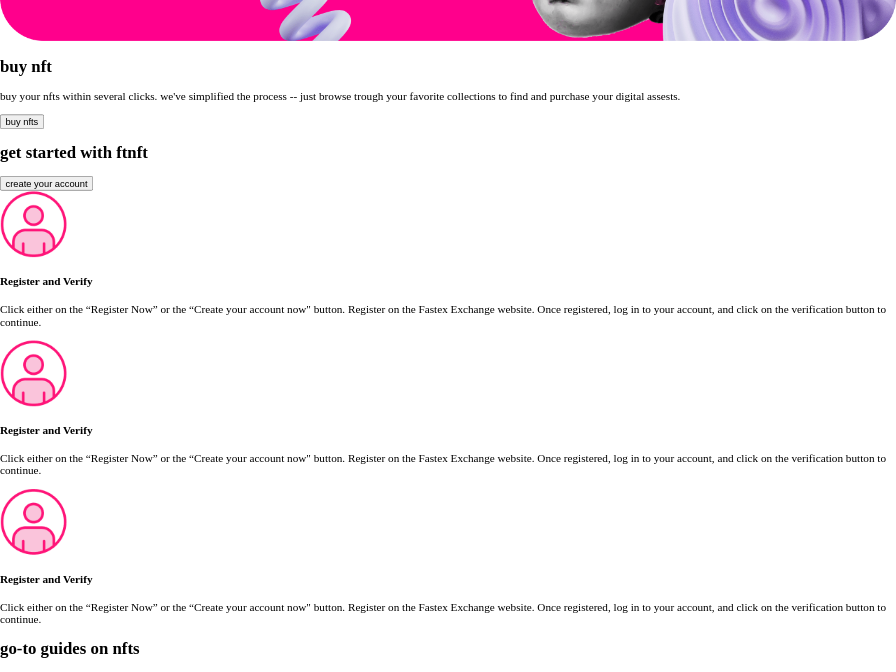
Repository: DxMAlbertGasparyan/_Project
Page: index.html
The author's editor kept a copy of each file at every save. The page is drawn from the files as they stood at one save, then again after the next save.
The browser window is 1280 px wide. The pictures show the part of the page from y = 4419 to 6339 px (the page is 5379 px tall before and 6339 px after), at 70% of full size.

Above is the page before, as saved 2023-12-05 17:02:18.

### index.html
<!DOCTYPE html>
<html lang="en">
<head>
    <meta charset="UTF-8">
    <meta name="viewport" content="width=device-width, initial-scale=1.0">
    <link rel="stylesheet" href="./css/index.css">
    <title>All-In-One NFT Platform | Buy and Sell NFTs with ftNFT</title>
    <link rel="icon" type="img/png" href="./images/favicon.png">
</head>
<body>
    <div id="root">
        <!-- Header Starts -->
        <header>
            <div class="hContent">
                <div class="logo_nav">
                    <div class="logos">
                        <div class="apps_logo">
                            <span><ion-icon name="apps"></ion-icon></span>
                        </div>
                        <div class="sitelogo">
                            <img src="./images/logo.png" alt="">
                        </div>
                    </div>
                    <nav>
                        <ul>
                            <li>
                                <a href="#">marketplace <span class="down_arrow"><ion-icon name="caret-down"></ion-icon></span></a>
                            </li>
                            <li>
                                <a href="#">rankings</a>
                            </li>
                            <li>
                                <a href="#">become an <span class="nft_uppercase">nft</span> artist</a>
                            </li>
                            <li>
                                <a href="#">phygital <span class="nft_uppercase">nft</span> stores</a>
                            </li>
                            <li>
                                <a href="#">event booking</a>
                            </li>
                            <li>
                                <a href="#">resources <span class="down_arrow"><ion-icon name="caret-down"></ion-icon></span></a>
                            </li>
                        </ul>
                    </nav>
                </div>
                <div class="button_lang">
                    <div class="button_header"><button>connect to fastex exchange</button></div>
                    <div class="bag_icon"><span><ion-icon name="bag-handle-outline"></ion-icon></span></div>
                    <div class="languages"><a href="#">en <span class="down_arrow"><ion-icon name="caret-down"></ion-icon></span></a></div>
                </div>
            </div>
            <section class="header_item">
                <div class="text_content">
                    <h1>single platfrm to explore, buy and sell <span>NFTs</span></h1>
                    <p>an <span>NFTs</span> platform to trade, collect and transform art int gitital collectibles</p>
                    <div class="text_content_btn">
                        <button class="get-started btn">get started</button>
                        <button class="explore btn">explore</button>
                    </div>
                </div>
                <div class="slider">
                    <!-- blokin width height tal petqa te che? -->
                    SLIDER
                </div>
            </section>
        </header>
        <!-- Header ends -->
        <main>
            <section class="featured_collections">
                <h3>featured collections</h3>
                <div class="items_container">
                    <div class="item">
                        <img src="./images/x39ziHUqPbngSsMldAuyOo2CUYyfhxfirgHPHXK6.webp" alt="">
                        <div class="bordered_img">
                            <img src="./images/XlDaUsynpYf66BdMb3ev9yMQ0K4AoFQKDEj72lPN.webp" alt="">
                        </div>
                    </div>
                    <div class="item">
                        <img src="./images/1OINFBEksdTTP2WOCxdsiH65SR6zLDRCy3l1pVCH.webp" alt="">
                        <div class="bordered_img">
                            <img src="./images/Khw1SX4aijpkKpJq6pyQdwxzbMqiKDIYFriJEjY9.webp" alt="">
                        </div>
                    </div>
                    <div class="item">
                        <img src="./images/jAssMBfnu18ZqhfcIRsWDcDnIUbWYPRC6JxWeOYK.webp" alt="">
                        <div class="bordered_img">
                            <img src="./images/YG6GxTtTyqsHGjpqxkulDXAgAo97iGnmz4vHQxB6.webp" alt="">
                        </div>
                    </div>
                    <div class="item">
                        <img src="./images/5IBWyQzvhMhcyvuoFQArEbbk9HRs8FteQvPqrZlK.webp" alt="">
                        <div class="bordered_img">
                            <img src="./images/ll85efr51x3t7qEDcm3YrC8yReTBPGANtHvOdEB0.webp" alt="">
                        </div>
                    </div>
                    <div class="item">
                        <img src="./images/xBleISHZEUuudcMQtiIklxfMie2yMKicgdQY7JiG.webp" alt="">
                        <div class="bordered_img">
                            <img src="./images/HMWWAcKkuUVxYrU7M7Pwl7iWGIJghy9wgCYrS4Eb.webp" alt="">
                        </div>
                    </div>
                </div>
            </section>
            <section class="nft_artist">
                <img src="./images/r54-nft-artist-min.png" style="width: 100%;" alt="">
                <div class="nft_artist_items">
                    <h2>become an <span>nft</span> artist</h2>
                    <p>
                        <span>We’ve got all the tools to get you started with your own NFT collection. Whether a newbie or an experienced user, you can import your NFTs and list them on our platform.</span>
                    </p>
                    <div class="artist_button">
                        <button class="artist_btn">learn more</button>
                    </div>
                </div>
            </section>
            <section class="experiience">
                <div class="experience_heading">
                    <h2>experience different features with ft<span>nft</span></h2>
                </div>
                <div class="flex_container">
                    <div class="flexet_blocks">
                        <img src="./images/70-ftnft-drops-min.png" alt="">
                        <h4>ft<span>nft</span> drops</h4>
                        <p>participate in blockchain-based RNG-regulated <span>nft</span> drops and win pizes.</p>
                    </div>
                    <div class="flexet_blocks">
                        <img src="./images/70-ftnft-drops-min.png" alt="">
                        <h4>ft<span>nft</span> drops</h4>
                        <p>participate in blockchain-based RNG-regulated <span>nft</span> drops and win pizes.</p>
                    </div>
                    <div class="flexet_blocks">
                        <img src="./images/70-ftnft-drops-min.png" alt="">
                        <h4>ft<span>nft</span> drops</h4>
                        <p>participate in blockchain-based RNG-regulated <span>nft</span> drops and win pizes.</p>
                    </div>
                </div>
            </section>
            <section class="buy_nft">
                <div class="background-container">
                    <img src="./images/002880112466-buy-nft-min-4.png" style="width: 100%;" alt="">
                </div>
                <div class="buy_nft_content">
                    <h2>buy <span>nft</span></h2>
                    <p>buy your <span>nft</span>s within several clicks. we've simplified the process -- just browse trough your favorite collections to find and purchase your digital assests.</p>
                    <button class="buy_nft_button">buy <span>nft</span>s</button>
                </div>
            </section>
            <section class="get_started_nft">
                <div class="top_parent">
                    <div class="get_started_nft_child">
                        <h2>get started with ft<span>nft</span></h2>
                        <button class="get_started_nft_btn">create your account</button>
                    </div>
                    <div class="second_child">
                        <div class="second_child_items">
                            <img src="./images/89-user-1677762964267.png" alt="">
                            <h4>Register and Verify</h4>
                            <p>Click either on the “Register Now” or the “Create your account now" button. Register on the Fastex Exchange website. Once registered, log in to your account, and click on the verification button to continue.</p>
                        </div>
                        <div class="second_child_items">
                            <img src="./images/89-user-1677762964267.png" alt="">
                            <h4>Register and Verify</h4>
                            <p>Click either on the “Register Now” or the “Create your account now" button. Register on the Fastex Exchange website. Once registered, log in to your account, and click on the verification button to continue.</p>
                        </div>
                        <div class="second_child_items">
                            <img src="./images/89-user-1677762964267.png" alt="">
                            <h4>Register and Verify</h4>
                            <p>Click either on the “Register Now” or the “Create your account now" button. Register on the Fastex Exchange website. Once registered, log in to your account, and click on the verification button to continue.</p>
                        </div>
                    </div>
                </div>
            </section>
            <section class="go_to_guides">
                <div class="guide_heading">
                    <h2>go-to guides on <span>nft</span>s</h2>
                </div>
                <div class="guide_items">
                    <div class="item_images"></div>
                    <div class="item_images"></div>
                    <div class="item_images"></div>
                </div>
            </section>
        </main>
        <footer></footer>
    </div>
    <script type="module" src="https://unpkg.com/ionicons@7.1.0/dist/ionicons/ionicons.esm.js"></script>
<script nomodule src="https://unpkg.com/ionicons@7.1.0/dist/ionicons/ionicons.js"></script>
</body>
</html>

### css/index.css
body{
    margin: 0;
    padding: 0;
    box-sizing: border-box;
}

After the next save:
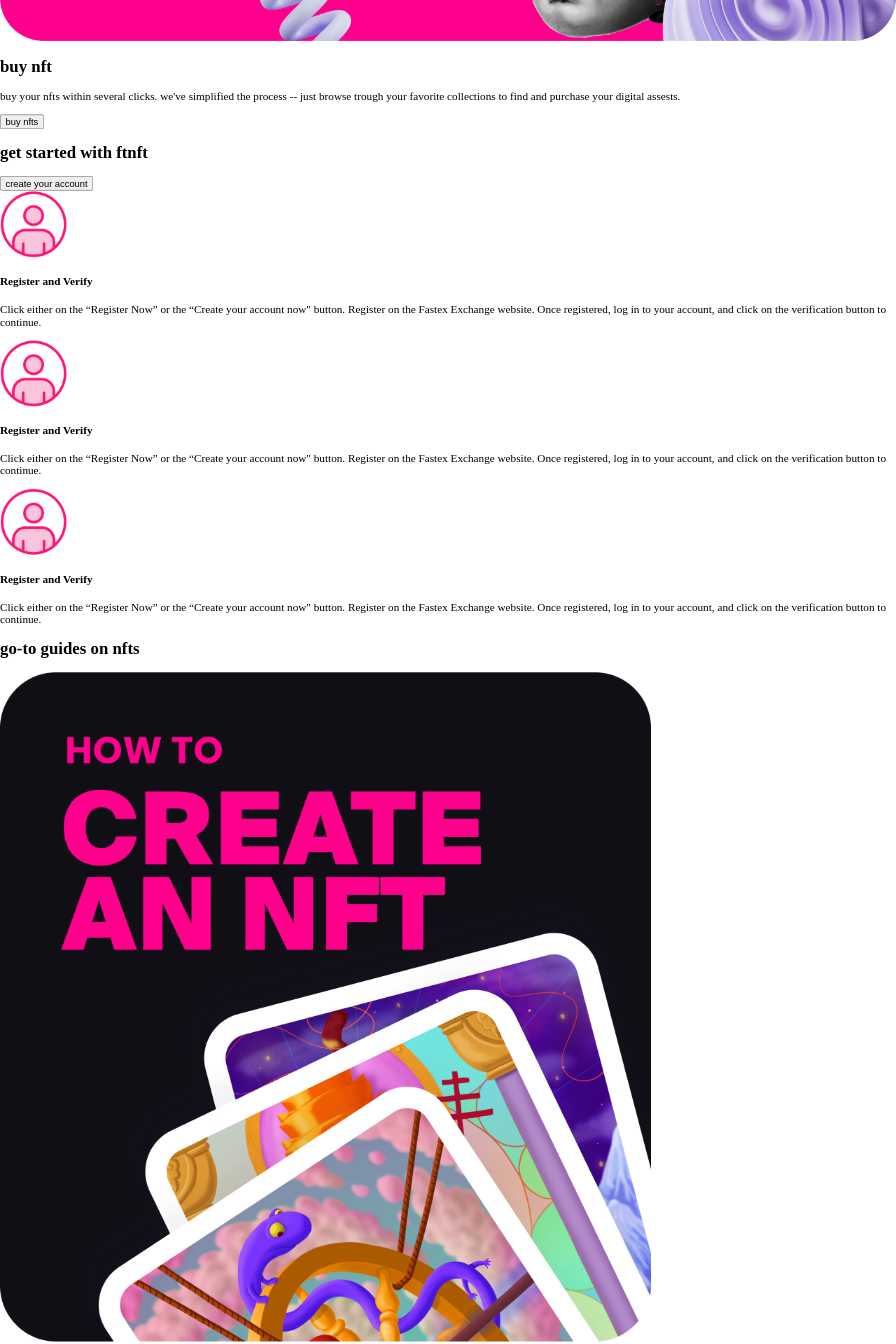
Saved 15 min 4 s later.
--- a/index.html
+++ b/index.html
@@ -176,7 +176,7 @@
                     <h2>go-to guides on <span>nft</span>s</h2>
                 </div>
                 <div class="guide_items">
-                    <div class="item_images"></div>
+                    <div class="item_images"><img src="./images/893-how-to-create-an-nft-16788807322212.png" alt=""></div>
                     <div class="item_images"></div>
                     <div class="item_images"></div>
                 </div>
